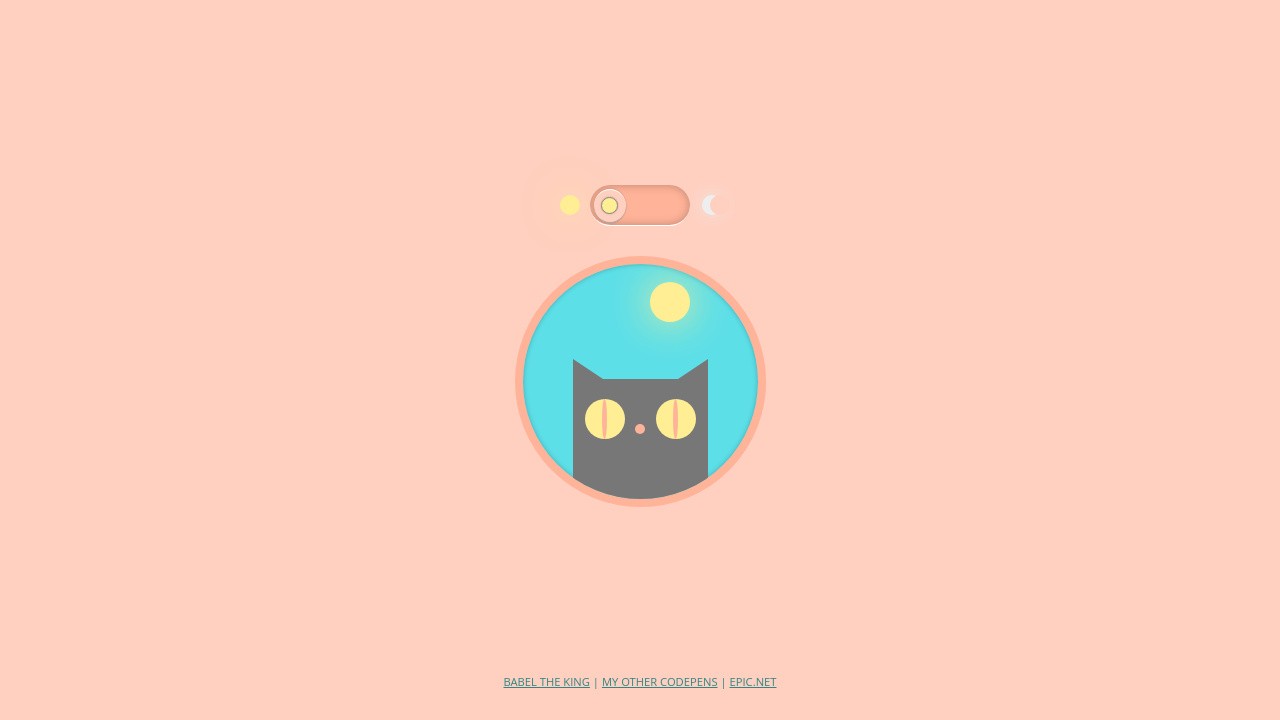
Repository: KHANas02/cat_1
Page: index.html
An editor plug-in stored every save of this project. The page is shown before and after the next save, followed by the edit.
The browser window is 1280 px wide. The pictures show the whole page.

Above is the page before, as saved 2024-03-31 06:36:32.

After the next save:
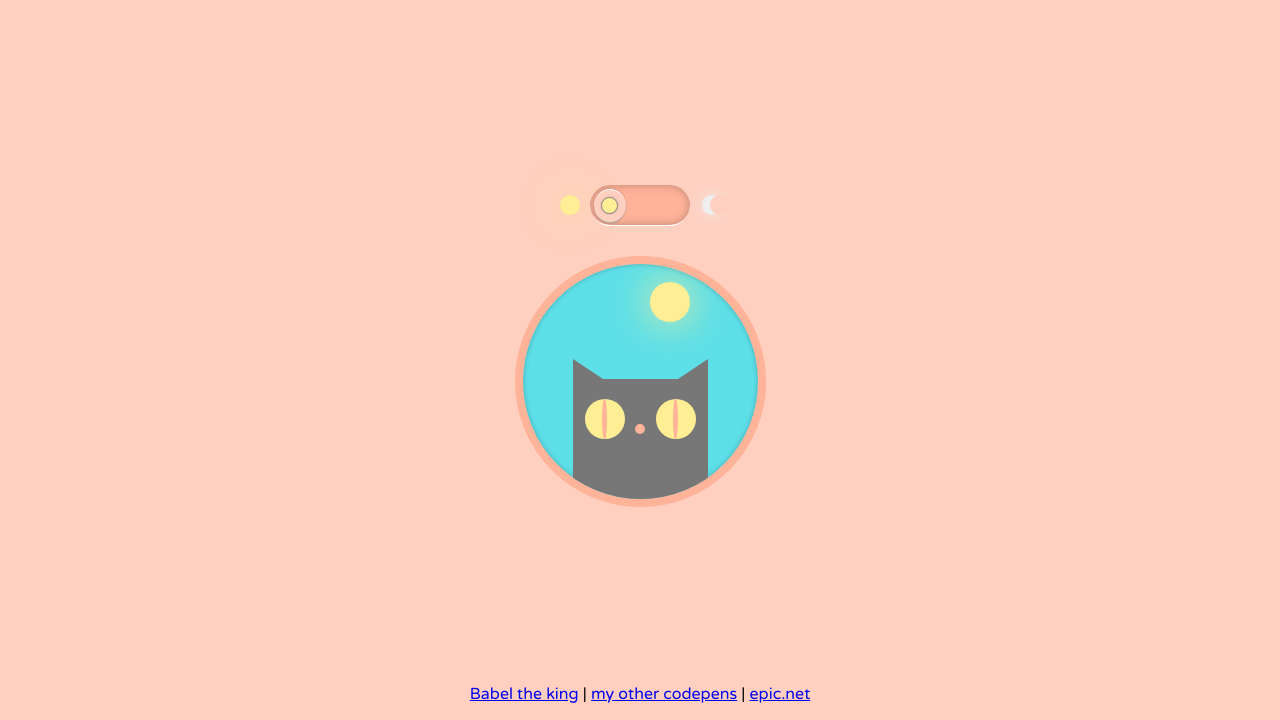
Saved 24 s later.
--- a/style.css
+++ b/style.css
@@ -664,36 +664,3 @@ input[type=checkbox]:checked ~ .c-window .the-cat:hover .eyes{
   height: 40px;
   bottom: 80px;
 }
-
-
-
-
-@import url(https://fonts.googleapis.com/css?family=Open+Sans:800);
-
-#world{
-	position: absolute;
-	width:100%;
-	height: 100%;
-	/* background-color: #6ecccc; */
-  overflow:hidden;
-}
-
-#credits{
-  position:absolute;
-  width:100%;
-  margin: auto;
-  bottom:0;
-  margin-bottom:20px;
-  font-family:'Open Sans', sans-serif;
-  color:#328685;
-  font-size:0.7em;
-  text-transform: uppercase;
-  text-align : center;
-}
-#credits a {
-  color:#328685;
-}
-
-#credits a:hover {
-  color:#630d15;
-}
